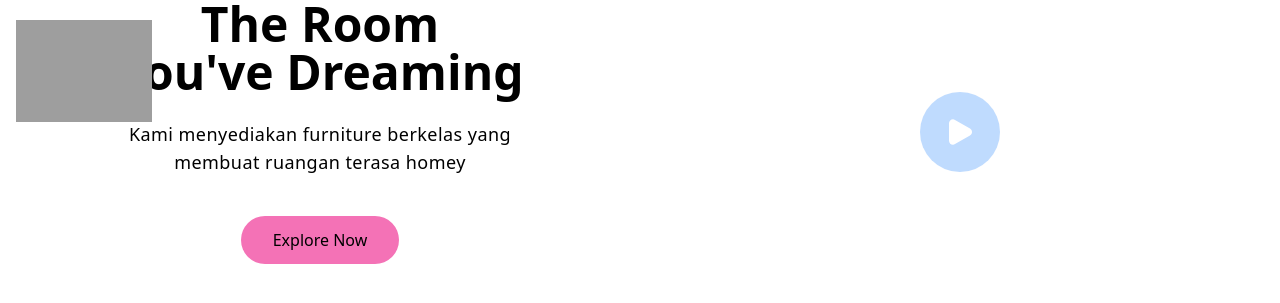
Repository: farrelmuhammad/anime-collections
Page: /
An editor plug-in stored every save of this project. The page is shown before and after a run of saves, followed by the edit.
The browser window is 1280 px wide. The pictures show the whole page.
Pictures or frames that could not be fetched are drawn as grey boxes. The page's requests for data from a server got no answer. The project was rebuilt for these pictures with package versions that can differ from the ones it lists, and the page was loaded fresh each time. No one was signed in, and anything a server would have sent is missing. Also part of the build but not shown: src/App.css.

Above is the page before, as saved 2023-08-03 23:29:41.

After the next 2 saves:
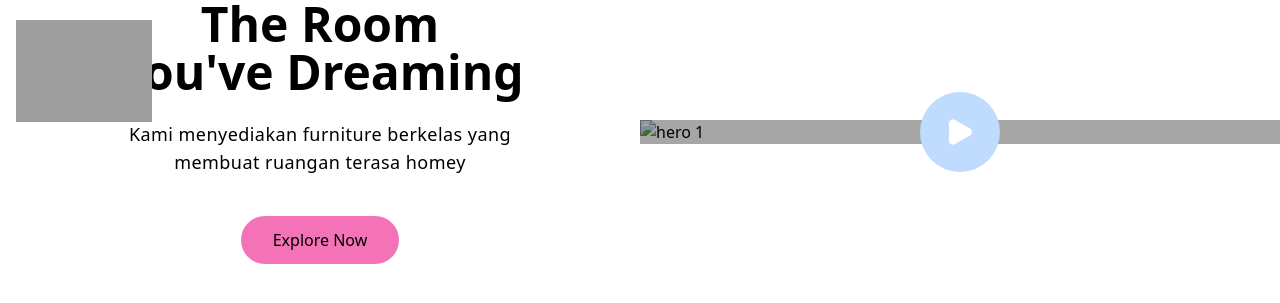
The 2 saves are shown as one change because 1 did not build or start.
The last was saved 30 s later.
--- a/src/parts/Home/Hero.tsx
+++ b/src/parts/Home/Hero.tsx
@@ -54,32 +54,19 @@
                   width="100%"
                   height="100%"
                   src="https://www.youtube.com/embed/3h0_v1cdUIA"
-                  frameBorder="0"
+                  frameborder="0"
                   allow="accelerometer; autoplay; clipboard-write; encrypted-media; gyroscope; picture-in-picture"
-                  allowFullScreen
+                  allowfullscreen
                 ></iframe>
               </div>
             </div>'
                         ></button>
                     </div>
-                    {randomImage && (
-                        <img
+                    <img
                         src={randomImage}
                         alt="hero 1"
                         className="absolute inset-0 md:relative w-full h-full object-cover object-center"
-                      />
-                        // <img
-                        //     src={randomImage}
-                        //     alt="Random Anime"
-                        //     style={{
-                        //         width: "100%",
-                        //         height: "100%",
-                        //         objectFit: "cover",
-                        //         display: isLoading ? "none" : "block",
-                        //     }}
-                        //     onLoad={() => setIsLoading(false)} // In case the image loads before useEffect finishes
-                        // />
-                    )}
+                    />
                 </div>
             </div>
         </section>
